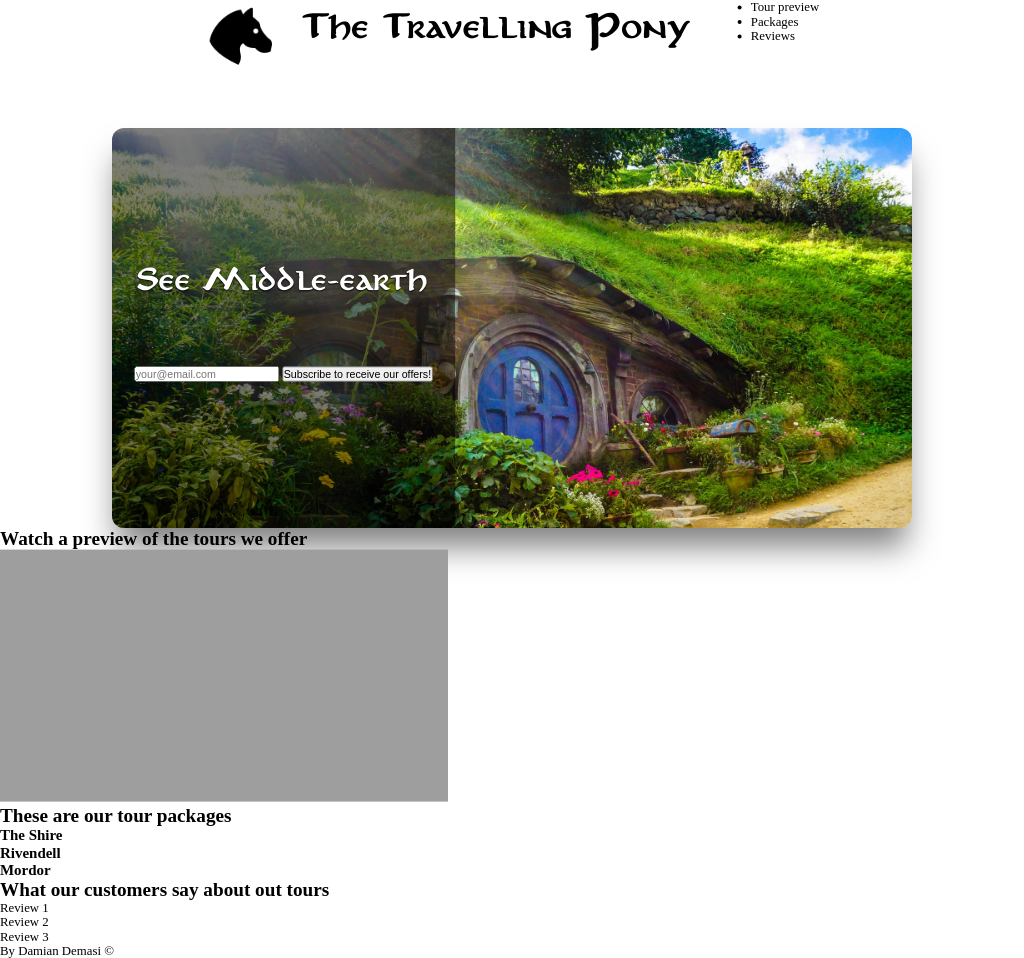
Repository: Colo-Codes/freecodecamp-03-Product-Landing-Page
Page: index.html
An editor plug-in stored every save of this project. The page is shown before and after the next save, followed by the edit.
The browser window is 1280 px wide. The pictures show the whole page, at 80% of full size.
Pictures or frames that could not be fetched are drawn as grey boxes.

Above is the page before, as saved 2021-05-20 07:00:51.

### index.html
<!DOCTYPE html>
<html lang="en">

<head>
    <meta charset="UTF-8">
    <meta http-equiv="X-UA-Compatible" content="IE=edge">
    <meta name="viewport" content="width=device-width, initial-scale=1.0">
    <link rel="stylesheet" href="./resources/css/index.css" type="text/css">
    <title>Product Landing Page</title>
</head>

<body>
    <header id="header">
        <img src="./resources/img/pony-logo.png" alt="Pony head logo" id="header-img"> <!-- this should be a logo -->
        <h1>The Travelling Pony</h1>
        <nav id="nav-bar">
            <!-- fixed at top -->
            <!-- at least 3 elements with class "nav-link" -->
            <!-- When I click a .nav-link button in the nav element, I am taken to the corresponding section of the landing page. -->
            <ul>
                <li>Tour preview</li>
                <li>Packages</li>
                <li>Reviews</li>
            </ul>
        </nav>
    </header>

    <section id="subscribe">
        <h2>See Middle-earth</h2>
        <form action="https://www.freecodecamp.com/email-submit" id="form" method="POST">
            <input type="email" id="email" placeholder="your@email.com" required> <!-- validate -->
            <input type="submit" id="submit" value="Subscribe to receive our offers!">
        </form>
    </section>

    <section id="tour-preview">
        <h2>Watch a preview of the tours we offer</h2>
        <iframe width="560" height="315" src="https://www.youtube.com/embed/8oXedDVaK4Q" title="Preview of the tours we offer"
            frameborder="0" allow="accelerometer; autoplay; clipboard-write; encrypted-media; gyroscope; picture-in-picture"
            id="video" allowfullscreen></iframe>
    </section>

    <section id="tour-packages">
        <h2>These are our tour packages</h2>
        <div id="the-shire">
            <h3>The Shire</h3>
        </div>
        <div id="rivendell">
            <h3>Rivendell</h3>
        </div>
        <div id="mordor">
            <h3>Mordor</h3>
        </div>
    </section>

    <section id="reviews">
        <h2>What our customers say about out tours</h2>
        <div>
            <p>Review 1</p>
        </div>
        <div>
            <p>Review 2</p>
        </div>
        <div>
            <p>Review 3</p>
        </div>
    </section>

    <footer>
        <p>By Damian Demasi &copy;</p>
    </footer>
</body>

</html>

### resources/css/index.css
/* My product landing page should have at least one media query. */
/* My product landing page should utilize CSS flexbox at least once.  */
@font-face {
    font-family: 'Aniron';
    src: url(../fonts/aniron-font/Aniron-7BaP.ttf);
}

html {
    box-sizing: border-box;
    font-size: 16px;
}
*, *:before, *:after {
    box-sizing: inherit;
	margin: 0;
	padding: 0;
}

/* Header */
header {
    position: fixed; /* on top */
    top: 0; /* on top */
    display: flex;
    width: 100%; /* TODO media query */
    justify-content: center;
    background-color: white;
    flex-flow: wrap;
}
header img {
    margin-left: 20%; /* TODO media query */
}
header h1 {
    font-family: 'Aniron', serif;
    font-size: 2rem;
    margin-left: 2rem;
}
header p {
    order: 1;
}
nav {
    margin-left: auto;
    margin-right: 20%; /* TODO media query */
}
/* Subscribe */
#subscribe {
    display: grid;
    grid-template: 1fr 1fr / .75fr 1fr;
    width: 1000px; /* TODO media query */
    height: 500px; /* TODO media query */
    margin: 10rem auto 0;
    background-image: url(../img/andres-iga-7XKkJVw1d8c-unsplash.jpg);
    background-size: cover;
    background-repeat: no-repeat;
    border-radius: 15px;
    justify-items: center;
    align-items: center;
    box-shadow: rgba(0, 0, 0, 0.5) 0px 30px 40px -7px;
}
#subscribe h2 {
    grid-area: 1/1/2/2;
    background-color: rgba(0,0,0,.5);
    /* background-image: linear-gradient(to bottom, rgba(137, 121, 92,1), rgba(137, 121, 92,.5)); */
    width: 100%;
    height: 100%;
    padding-top: 10rem;
    text-align: center;
    border-radius: 15px 0 0 0;
    font-family: 'Aniron', serif;
    font-size: 1.8rem;
    /* color: #D6D29A; */
    color: white;
    text-shadow: 0 2px 2px black;
}
#subscribe form {
    grid-area: 2/1/3/2;
    background-color: rgba(0,0,0,.5);
    /* background-image: linear-gradient(to top, rgba(137, 121, 92,1), rgba(137, 121, 92,.5)); */
    width: 100%;
    height: 100%;
    padding-top: 3rem;
    text-align: center;
    border-radius: 0 0 0 15px;
}

After the next save:
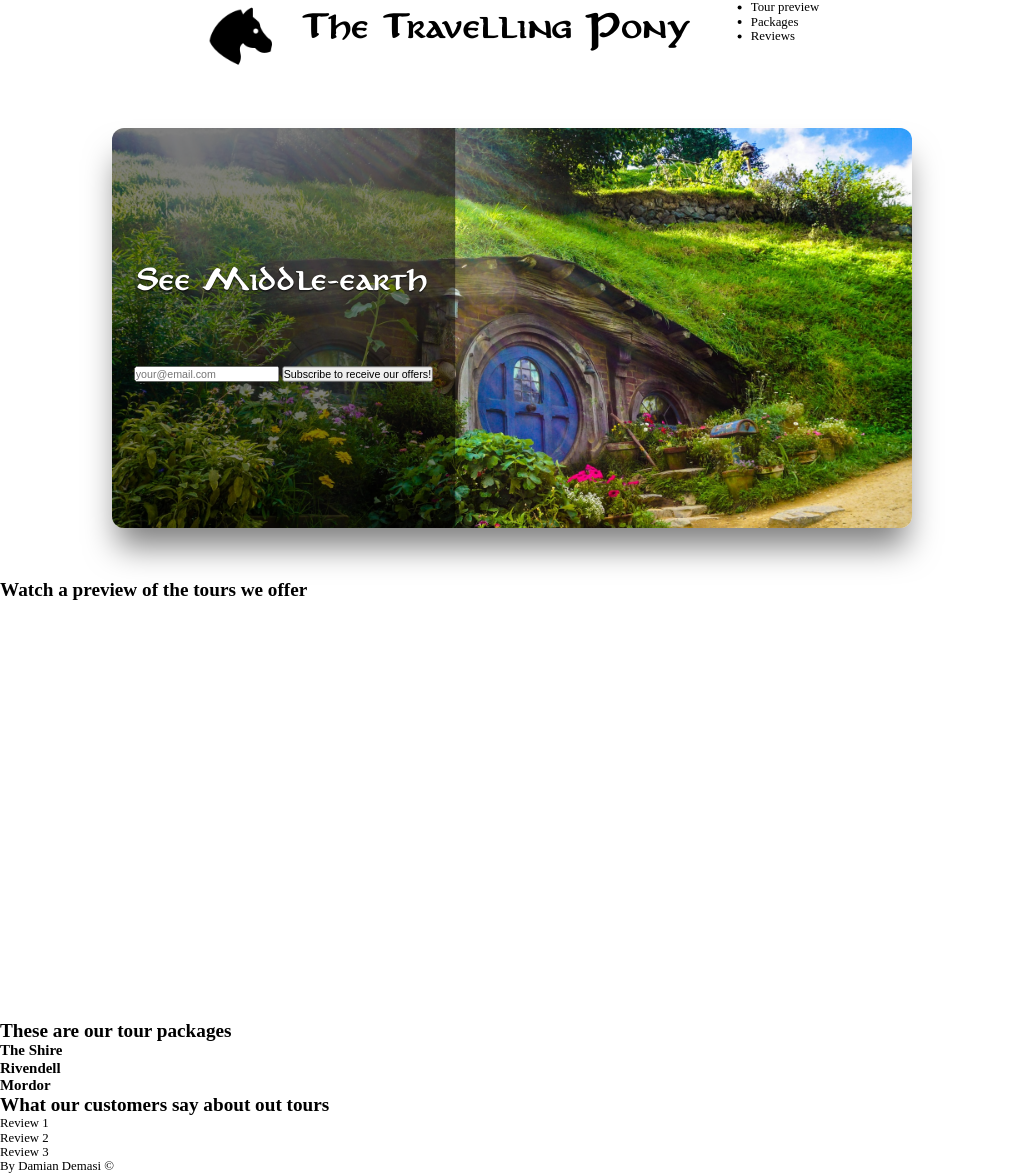
Saved 3 min 59 s later.
--- a/resources/css/index.css
+++ b/resources/css/index.css
@@ -80,3 +80,10 @@
     text-align: center;
     border-radius: 0 0 0 15px;
 }
+/* Tour preview */
+#tour-preview {
+    display: grid;
+    grid-template: .25fr .75fr / 2fr 1fr;
+    margin: 4rem auto 0;
+
+}
